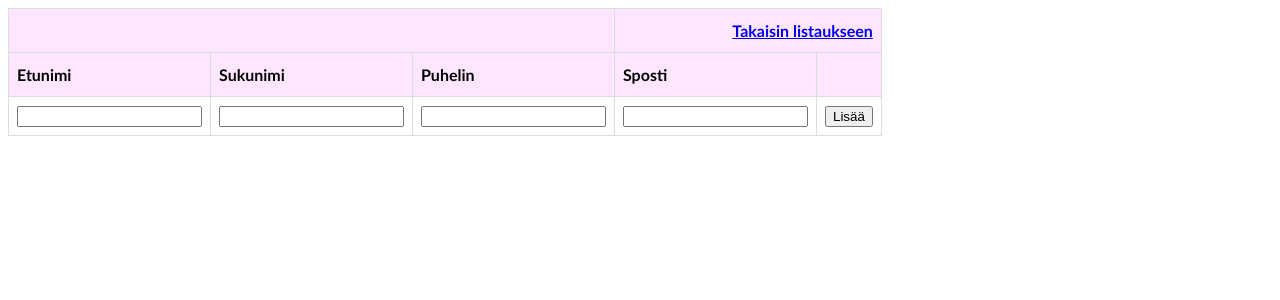
Repository: santraaj/etatehtava_7
Page: http://localhost/Asiakkaat/lisaaasiakas.jsp
The author's editor kept a copy of each file at every save. The page is drawn from the files as they stood at one save, then again after the next save.
The browser window is 1280 px wide. The pictures show the whole page.
The page is served by Tomcat 9.

Above is the page before, as saved 2020-05-18 22:12:41.
Console error: SyntaxError: Unexpected token '}'

After the next save:
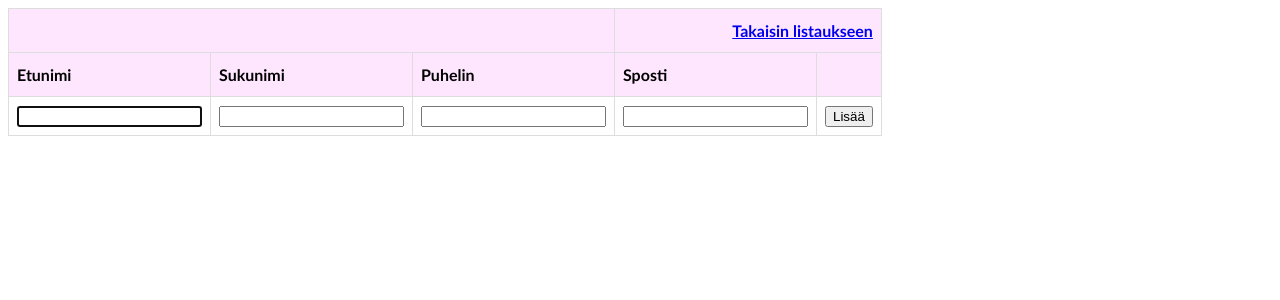
The error is gone.
Saved 65 s later.
--- a/Asiakkaat/WebContent/lisaaasiakas.jsp
+++ b/Asiakkaat/WebContent/lisaaasiakas.jsp
@@ -54,7 +54,7 @@
 		ilmo="Sukunimi ei kelpaa!";
 	}else if(document.getElementById("puhelin").value.length<7){
 		ilmo="Puhelinnumero ei kelpaa!";
-	}else if(document.getElementById("sposti").value.indexOf("@") > 0 && document.getElementById("sposti").value.length<7){
+	}else if(document.getElementById("sposti").value.indexOf("@") < 0){
 		ilmo="Sähköposti ei kelpaa!";
 	}
 	if(ilmo!=""){
@@ -62,87 +62,30 @@
 		setTimeout(function(){ document.getElementById("ilmo").innerHTML=""; }, 3000);
 		return;
 	}
-	document.getElementById("rekNo").value=siivoa(document.getElementById("rekNo").value);
-	document.getElementById("merkki").value=siivoa(document.getElementById("merkki").value);
-	document.getElementById("malli").value=siivoa(document.getElementById("malli").value);
-	document.getElementById("vuosi").value=siivoa(document.getElementById("vuosi").value);
+	document.getElementById("etunimi").value=siivoa(document.getElementById("etunimi").value);
+	document.getElementById("sukunimi").value=siivoa(document.getElementById("sukunimi").value);
+	document.getElementById("puhelin").value=siivoa(document.getElementById("puhelin").value);
+	document.getElementById("sposti").value=siivoa(document.getElementById("sposti").value);
 
-	var formJsonStr=formDataToJSON(document.getElementById("tiedot")); //muutetaan lomakkeen tiedot json-stringiksi
-	//Lähetään uudet tiedot backendiin
-	fetch("autot",{//Lähetetään kutsu backendiin
+	var formJsonStr=formDataToJSON(document.getElementById("tiedot"));
+
+	fetch("asiakkaat",{
 	      method: 'POST',
 	      body:formJsonStr
 	    })
-	.then( function (response) {//Odotetaan vastausta ja muutetaan JSON-vastaus objektiksi
+	.then( function (response) {
 		return response.json()
 	})
-	.then( function (responseJson) {//Otetaan vastaan objekti responseJson-parametrissä
+	.then( function (responseJson) {
 		var vastaus = responseJson.response;
 		if(vastaus==0){
-			document.getElementById("ilmo").innerHTML= "Auton lisääminen epäonnistui";
+			document.getElementById("ilmo").innerHTML= "Asiakkaan lisääminen epäonnistui";
       	}else if(vastaus==1){
-      		document.getElementById("ilmo").innerHTML= "Auton lisääminen onnistui";
+      		document.getElementById("ilmo").innerHTML= "Asiakkaan lisääminen onnistui";
 		}
 		setTimeout(function(){ document.getElementById("ilmo").innerHTML=""; }, 5000);
 	});
-	document.getElementById("tiedot").reset(); //tyhjennetään tiedot -lomake
-}
-
-	$("#tiedot").validate({
-		rules: {
-			etunimi:  {
-				required: true,
-				minlength: 2
-			},
-			sukunimi:  {
-				required: true,
-				minlength: 2
-			},
-			puhelin:  {
-				required: true,
-				minlength: 10
-			},
-			sposti:  {
-				required: true,
-				email: true
-			}
-		},
-		messages: {
-			etunimi: {
-				required: "Puuttuu",
-				minlength: "Liian lyhyt"
-			},
-			sukunimi: {
-				required: "Puuttuu",
-				minlength: "Liian lyhyt"
-			},
-			puhelin: {
-				required: "Puuttuu",
-				minlength: "Liian lyhyt"
-			},
-			sposti: {
-				required: "Puuttuu",
-				email: "Ei kelpaa"
-			}
-		},
-		submitHandler: function(form) {
-			lisaaTiedot();
-		}
-	});
-
-	$("#etunimi").focus();
-});
-
-function lisaaTiedot() {
-	var formJsonStr = formDataJsonStr($("#tiedot").serializeArray());
-	$.ajax({url:"asiakkaat", data:formJsonStr, type:"POST", dataType:"json", success:function(result) {
-		if(result.response==0){
-      	$("#ilmo").html("Asiakkaan lisääminen epäonnistui.");
-      } else if(result.response==1) {
-      	$("#ilmo").html("Asiakkaan lisääminen onnistui.");
-      	$("#etunimi", "#sukunimi", "#puhelin", "#sposti").val("");
-		}
-  }});
+	document.getElementById("tiedot").reset();
 }
 </script>
 </html>
